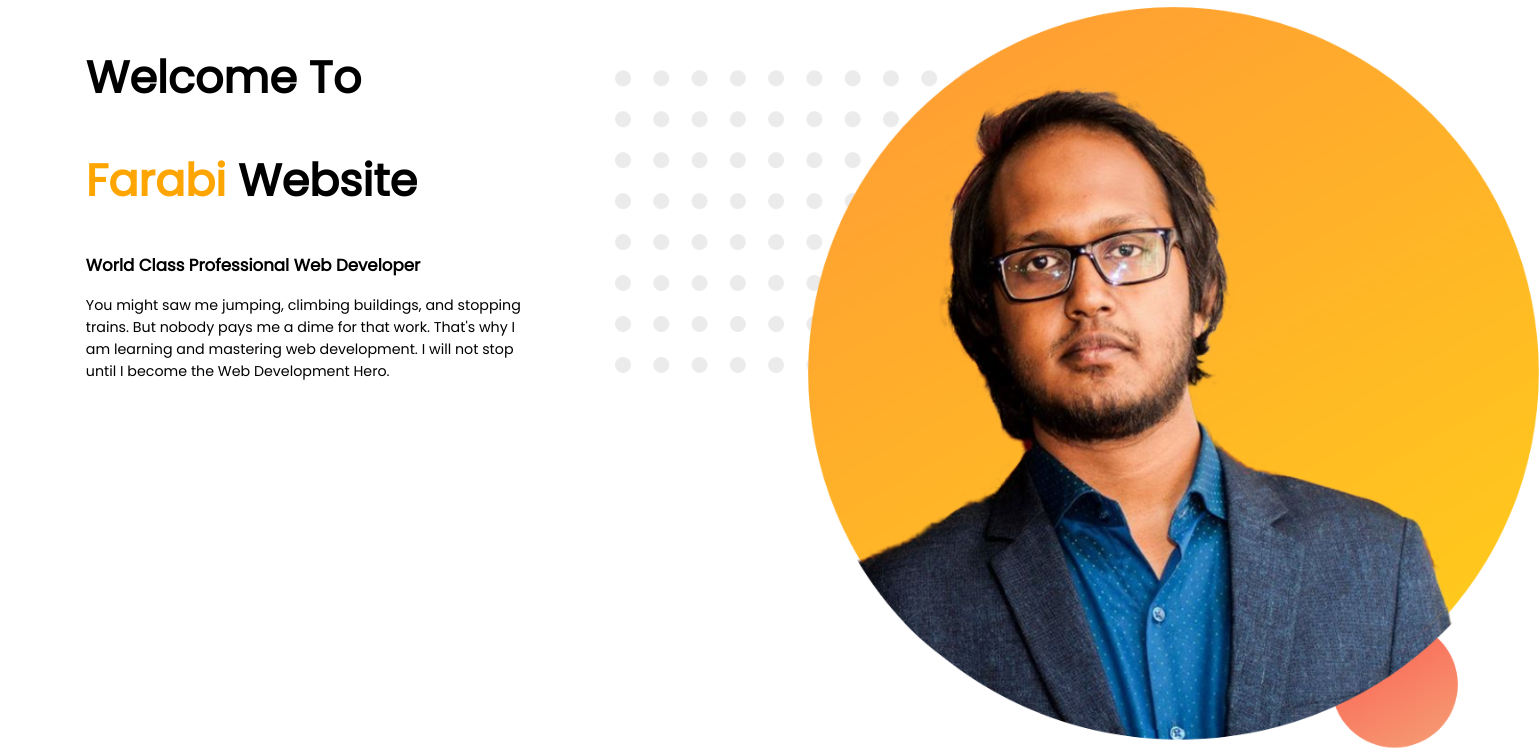
Repository: mohsinfarabi/web-portfolio
Page: index.html
The author's editor kept a copy of each file at every save. The page is drawn from the files as they stood at one save, then again after the next save.
The browser window is 1280 px wide. The page is 1729 px wide, then 1280 px, so the pictures cover 1729 px, including what lies to the right of the window. The pictures show the whole page, at 89% of full size.

Above is the page before, as saved 2020-06-30 22:44:13.

### index.html
<!DOCTYPE html>
<html lang="en">

<head>
    <meta charset="UTF-8">
    <meta name="viewport" content="width=device-width, initial-scale=1.0">
    <link href="https://fonts.googleapis.com/css2?family=Poppins" rel="stylesheet">
    <title>Farabi Web Developer</title>
    <link rel="stylesheet" href="style.css">
</head>

<body>
    <section>
        <div class="half-width">
            <h1>Welcome To</h1>
            <h1><span class="name-highlight">Farabi</span> Website</h1>
            <h3>World Class Professional Web Developer</h3>
            <p>You might saw me jumping, climbing buildings, and stopping trains. But nobody pays me a dime for that work. That's why I am learning and mastering web development. I will not stop until I become the Web Development Hero.</p>
        </div>
        <div class="half-width">
            <img src="images/profile1.png" alt="">
        </div>
    </section>
</body>

</html>

### style.css
body {
    font-family: 'Poppins', sans-serif;
}

h1 {
    font-size: 50px;
}

.name-highlight {
    color: orange;
}

.half-width {
    width: 40%;
    float: left;
    margin-left: 5%;
    padding-left: 2%;
}

After the next save:
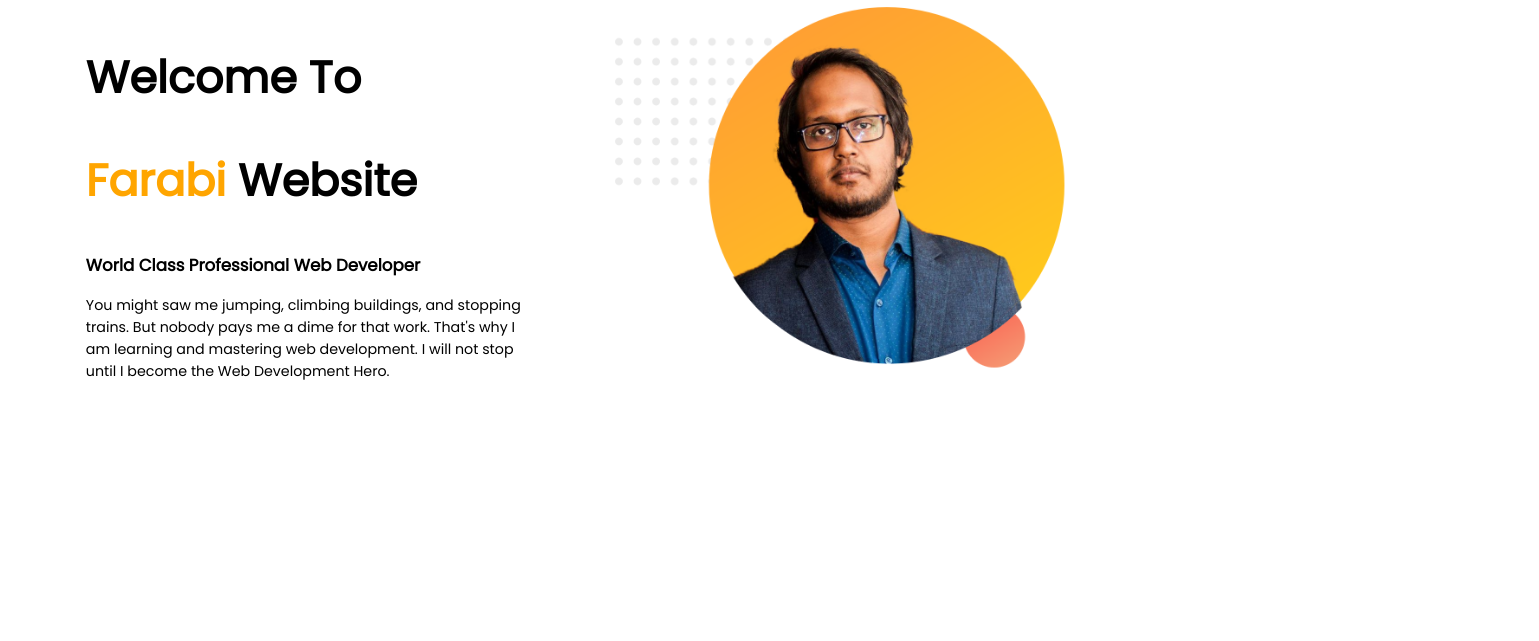
Saved 43 s later.
--- a/style.css
+++ b/style.css
@@ -16,3 +16,7 @@ h1 {
     margin-left: 5%;
     padding-left: 2%;
 }
+
+.half-width img {
+    width: 100%;
+}
